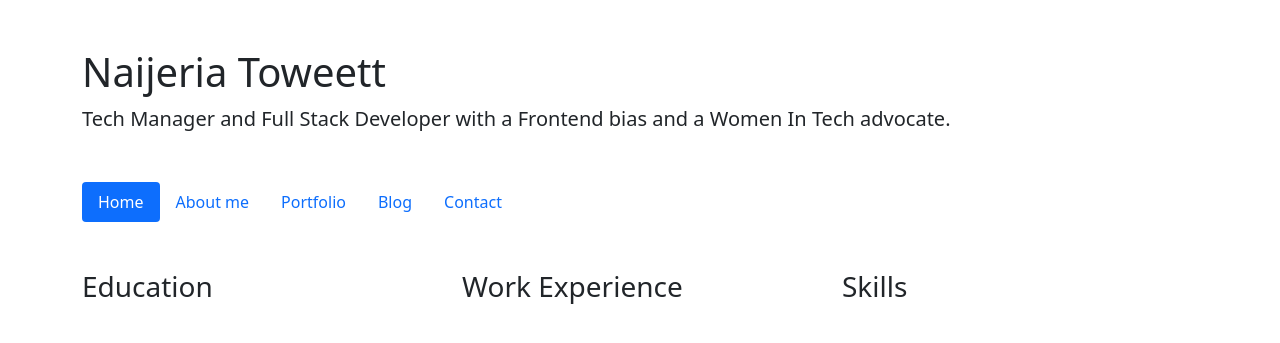
Repository: mamatechafrica/portfolio
Page: index.html
The author's editor kept a copy of each file at every save. The page is drawn from the files as they stood at one save, then again after a run of saves.
The browser window is 1280 px wide. The pictures show the whole page.

Above is the page before, as saved 2022-01-04 13:41:51.

### index.html
<!doctype html>
<html lang="en">
    <head>
        <!-- Required meta tags -->
        <meta charset="utf-8">
        <meta name="viewport" content="width=device-width, initial-scale=1">

        <!-- Bootstrap CSS -->
        <link href="https://cdn.jsdelivr.net/npm/bootstrap@5.0.2/dist/css/bootstrap.min.css" rel="stylesheet" integrity="sha384-EVSTQN3/azprG1Anm3QDgpJLIm9Nao0Yz1ztcQTwFspd3yD65VohhpuuCOmLASjC" crossorigin="anonymous">

        <title>NashTheCoder portfolio</title>
    </head>
    <body>
        <div class="container my-5">
            <h1>Naijeria Toweett</h1>
            <p class="lead">
                Tech Manager and Full Stack Developer with a Frontend bias and a Women In Tech advocate.
            </p>
        </div>

        <div class="container">
            <nav>
                <ul class="nav nav-pills ">
                    <li class="nav-item">
                        <a class="nav-link active" aria-current="page" href="#">Home</a>
                    </li>
                    <li class="nav-item">
                        <a class="nav-link" href="#">About me</a>
                    </li>
                    <li class="nav-item">
                        <a class="nav-link" href="#">Portfolio</a>
                    </li>
                    <li class="nav-item">
                        <a class="nav-link" href="https://mumlovestech.com/" target="blank">Blog</a>
                    </li>
                    <li class="nav-item">
                        <a class="nav-link" href="#">Contact</a>
                    </li>
                </ul>
            </nav>
        </div>

        <div class="container mt-5">
            <div class="row">
                <div class="col">
                    <h3>Education</h3>
                </div>
                <div class="col">
                    <h3>Work Experience</h3>
                </div>
                <div class="col">
                    <h3>Skills</h3>
                </div>
            </div>
        </div>

        <!-- Optional JavaScript; choose one of the two! -->

        <!-- Option 1: Bootstrap Bundle with Popper -->
        <script src="https://cdn.jsdelivr.net/npm/bootstrap@5.0.2/dist/js/bootstrap.bundle.min.js" integrity="sha384-MrcW6ZMFYlzcLA8Nl+NtUVF0sA7MsXsP1UyJoMp4YLEuNSfAP+JcXn/tWtIaxVXM" crossorigin="anonymous"></script>

        <!-- Option 2: Separate Popper and Bootstrap JS -->
        <!--
        <script src="https://cdn.jsdelivr.net/npm/@popperjs/core@2.9.2/dist/umd/popper.min.js" integrity="sha384-IQsoLXl5PILFhosVNubq5LC7Qb9DXgDA9i+tQ8Zj3iwWAwPtgFTxbJ8NT4GN1R8p" crossorigin="anonymous"></script>
        <script src="https://cdn.jsdelivr.net/npm/bootstrap@5.0.2/dist/js/bootstrap.min.js" integrity="sha384-cVKIPhGWiC2Al4u+LWgxfKTRIcfu0JTxR+EQDz/bgldoEyl4H0zUF0QKbrJ0EcQF" crossorigin="anonymous"></script>
        -->
    </body>
</html>

After the next 4 saves:
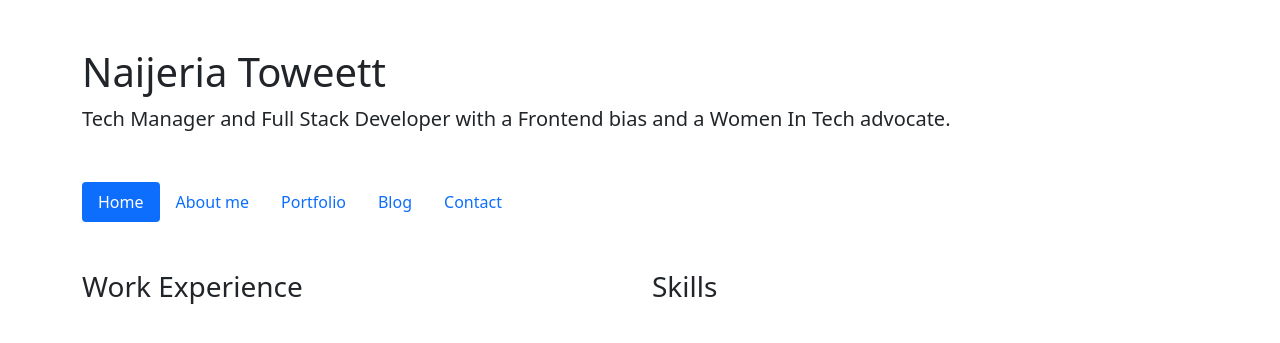
The 4 saves are shown as one change because they came seconds apart.
The last was saved 6 min 52 s later.
--- a/index.html
+++ b/index.html
@@ -43,10 +43,8 @@
         <div class="container mt-5">
             <div class="row">
                 <div class="col">
-                    <h3>Education</h3>
-                </div>
-                <div class="col">
                     <h3>Work Experience</h3>
+                    <h4></h4>
                 </div>
                 <div class="col">
                     <h3>Skills</h3>
